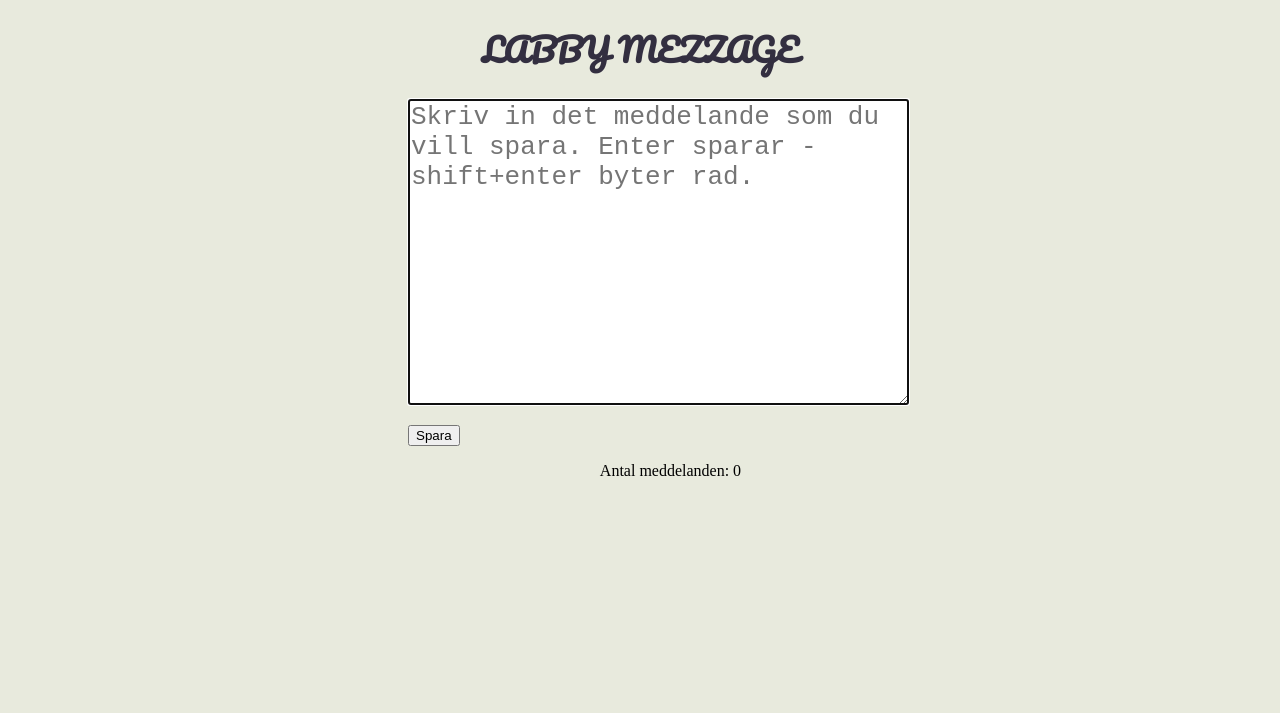
Repository: em222mt/1dv403-laborationer
Page: 2-labbymezzage/Index.html
The author's editor kept a record of every edit. The page is drawn from the files as they stood at one moment, then again after the next edit.
The browser window is 1280 px wide. The pictures show the whole page.

Above is the page before.

### 2-labbymezzage/Index.html
<!DOCTYPE html>
<html lang="sv">
<head>
	<meta charset="UTF-8" />
 	<title>Labby Mezzage</title>
    <link rel="stylesheet" href="css/style.css">
</head>
    <body>
        <header>
            <h1>LABBY MEZZAGE</h1>
        </header>

        <main>
            <div id="container">
                <section id="mainsection">
            		<form action="post" name="form">
                        <textarea id="formtext" cols="30" rows="10"></textarea>
                        <p id="value"></p>
                        <input id="send" type="button" value="Spara" />
                    </form>
                </section>
            </div>

            <div id="container2">
                <aside id="messagearea">

                </aside>
            </div>
            <div id="counterDiv">
                <p id="counter"></p>
            </div>
        </main>

    	<script src="js/Message.js"></script>
    	<script src="js/MessageBoard.js"></script>

    </body>
</html>

### 2-labbymezzage/css/style.css
/*Layout*/
 @import url(http://fonts.googleapis.com/css?family=Pacifico);

article, aside, details, figcaption, figure,
footer, header, hgroup, main, menu, nav{

    background-color: #E8EADD;
}

/*Container*/

h1 {
    font-weight: bold;

    text-align: center;
    color: #332F40;
    /*font-size: 6em;*/
    font-family: 'Pacifico', cursive;
    /*font-family: 'Lobster', cursive;*/
    /*font-family: Comic Sans, Comic Sans MS, cursive;*/
    /*text-decoration: uppercase;*/
}

body{
    background-color: #E8EADD;
}

#messagearea {
    float: left;
    background-color: white;
    width: 450px;
    min-height: 300px auto;

}

form{
    max-width: 50%;
}
#mainsection{
    max-width: 50%;
    margin: 0px 0px 0px 400px;
}
#container{
    float: left;
    width: 50%;
    height: 100%;
}
#container2{
    float: left;
    width: 50%;
}

#formtext{
    font-size: 2em;
}

.messageContainer{
    width: 98%;
    float: left;
    background-color: #A8C4B4;
    border: 1px solid black;
    margin: 3px 3px 3px 3px;
}

.textContainer{
    width: 85%;
    float: left;
    font-size: 1.2em;
}

.time{
    text-indent: 13px;
}

.detailsContainer{
    width: 15%;
    float: left;
    text-indent: 8px;
    font-size: 0.8em;
    margin-top: 10px;
}
.input{
    max-width: 85%;
    word-break: break-all;
    margin-left: 10px;
}

img{
    margin-right: 5px;
    width:24px;
    height:24px;
}

#counterDiv{
    float: right;
    margin-right: 42%;
}

### 2-labbymezzage/js/Message.js
'use strict';
// Konstruktorfunktion för att skapa ett meddelandeobjekt.
function Message(message, date){

    this.getText = function(){
        return message;
    };

    this.setText = function(_text){
        message = _text;
    };

    this.getDate = function(){
        return date;
    };

    this.setDate = function(_date){
        date = _date;
    };
}
// Hämtar texten och ersätter </br> med \n.
Message.prototype.getHTMLText = function(){
    return this.getText().replace(/[\n\r]/g, "</br>");
};
// Hämtar tiden då ett meddelande skrevs...
Message.prototype.getDateText = function(){
    var now = this.getDate();
    var seconds = now.getSeconds();
    var minutes = now.getMinutes();
    var hours = now.getHours();
    //...och returnerar en formaterad sträng då sekunder och minuter är mindre än 10.
    return hours + ":" + (minutes < 10 ? '0' : '') + minutes + ":" + (seconds < 10 ? '0' : '') + seconds;

};
// Hämtar en tidsstämpel med datum och tid.
Message.prototype.getTimeDetails = function(){
    var date = this.getDate();
    var day = date.getDate();
    var month = date.getMonth();
    var year = date.getFullYear();

    return "Postat den " + year + "/" + (month + 1) + "/" + day + " " + this.getDateText();
};

### 2-labbymezzage/js/MessageBoard.js
'use strict';

var MessageBoard = {
    // Variabel för meddelanden
    messages: [],

    init: function(){
        // Anropar count och sätter räknaren till 0.
        MessageBoard.countMessages();
        // Skapar ett meddelande då Spara-knappen klickas.
        var submit = document.getElementById("send");
        submit.onclick = MessageBoard.createMessage;
        // Förklarar sidan funktion för användaren.
        var textBox = document.getElementById("formtext");
        textBox.placeholder = "Skriv in det meddelande som du vill spara. Enter sparar - shift+enter byter rad.";
        // Sätter en blinkande markör i textarean.
        textBox.focus();
        // Skapar ett meddelande då entertangenten trycks.
        textBox.onkeypress = function(e){
		if(!e){ e=window.event; }
		    if(e.keyCode == 13 && !e.shiftKey){
		        e.preventDefault();
		        MessageBoard.createMessage();
		    }
        };
    },
    // Skapar ett meddelandeobjekt om inte rutan är tom.
    createMessage: function(){
        if (document.getElementById("formtext").value === "") {
            return false;
        }
        var input = document.getElementById("formtext");
        MessageBoard.messages.push( new Message(input.value, new Date()) );
        MessageBoard.renderMessages();
    },

    // Rendera alla meddelanden
    renderMessages: function(){
        //Tar bort alla meddelanden och skriver ut dom igen.
        document.getElementById("messagearea").innerHTML = "";
        for (var i = 0; i < MessageBoard.messages.length; ++i){
        MessageBoard.renderMessage(i);
        }
        //Tömmer meddelanderutan och sätter en blinkande markör.
        document.form.formtext.value = "";
        document.form.formtext.focus();
    },
    // Skriver ut ett meddelande och skapar en struktur för style.css.
    renderMessage: function(messageID){

        var input = document.createElement("p");
        input.className = "input";
        input.innerHTML = MessageBoard.messages[messageID].getHTMLText();

        var textContainer = document.createElement("div");
        textContainer.className = ("textContainer");
        textContainer.appendChild(input);

        var time = document.createElement("p");
        time.className = "time";
        time.innerHTML = MessageBoard.messages[messageID].getDateText();

		var imageClock = document.createElement("a");
		imageClock.setAttribute("href", "#");
		imageClock.innerHTML = '<img src="pics/clock.png" title="Se när meddelandet skapades." alt="Clock" />';

		var imageRemove = document.createElement("a");
		imageRemove.setAttribute("href", "#");
		imageRemove.innerHTML = '<img src="pics/delete.png" title="Ta bort det här meddelandet." alt="Delete" />';

        var detailsContainer = document.createElement("div");
        detailsContainer.className = "detailsContainer";
		detailsContainer.appendChild(imageClock);
		detailsContainer.appendChild(imageRemove);
		detailsContainer.appendChild(time);

        var messageContainer = document.createElement("div");
        messageContainer.className = "messageContainer";
        messageContainer.appendChild(textContainer);
        messageContainer.appendChild(detailsContainer);

		var container = document.getElementById("messagearea");
		container.appendChild(messageContainer);

		MessageBoard.countMessages();

		// Gör bilderna klickbara.
		imageRemove.onclick = function(){
		    if (window.confirm("Vill du ta bort detta meddelande?")){
		    MessageBoard.removeMessage(messageID);
		    }
		};

		imageClock.onclick = function(){
		  MessageBoard.getTimestamp(messageID);
		};
    },
    // Raderar ett meddelande och sätter räknaren rätt.
    removeMessage: function(messageID){
        MessageBoard.messages.splice(messageID, 1);

        MessageBoard.countMessages();

        MessageBoard.renderMessages();
    },
    // Hämtar den exakt tiden då meddelandet skapades och visar det för användaren i en alertruta.
    getTimestamp: function(messageID){
        alert(MessageBoard.messages[messageID].getTimeDetails());
    },

    // Sätter räknare för antalet meddelanden.
    countMessages: function(){
        var counter = document.getElementById("counter");
        counter.innerHTML = "Antal meddelanden: " + MessageBoard.messages.length;
    }

};
// Kör scripten då sidan är färdigladdad.
window.onload = MessageBoard.init;

After the next edit:
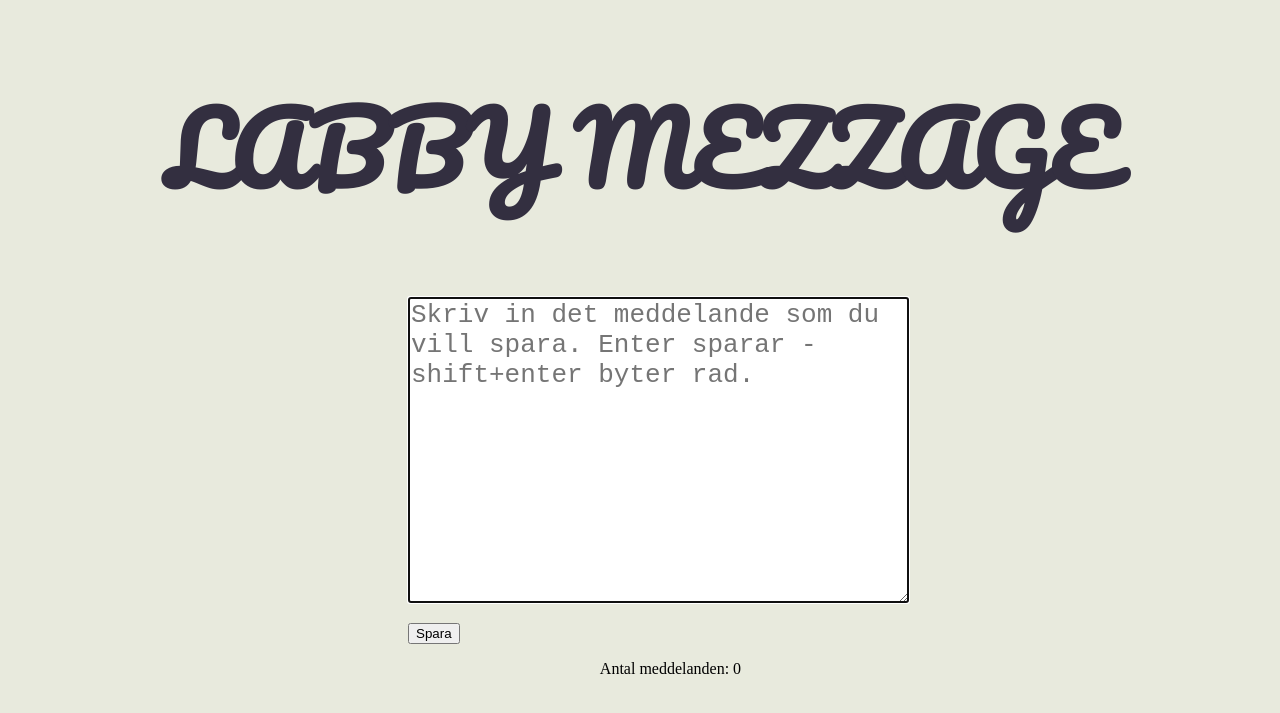
The edit:
--- a/2-labbymezzage/css/style.css
+++ b/2-labbymezzage/css/style.css
@@ -14,7 +14,7 @@
 
     text-align: center;
     color: #332F40;
-    /*font-size: 6em;*/
+    font-size: 6em;
     font-family: 'Pacifico', cursive;
     /*font-family: 'Lobster', cursive;*/
     /*font-family: Comic Sans, Comic Sans MS, cursive;*/
